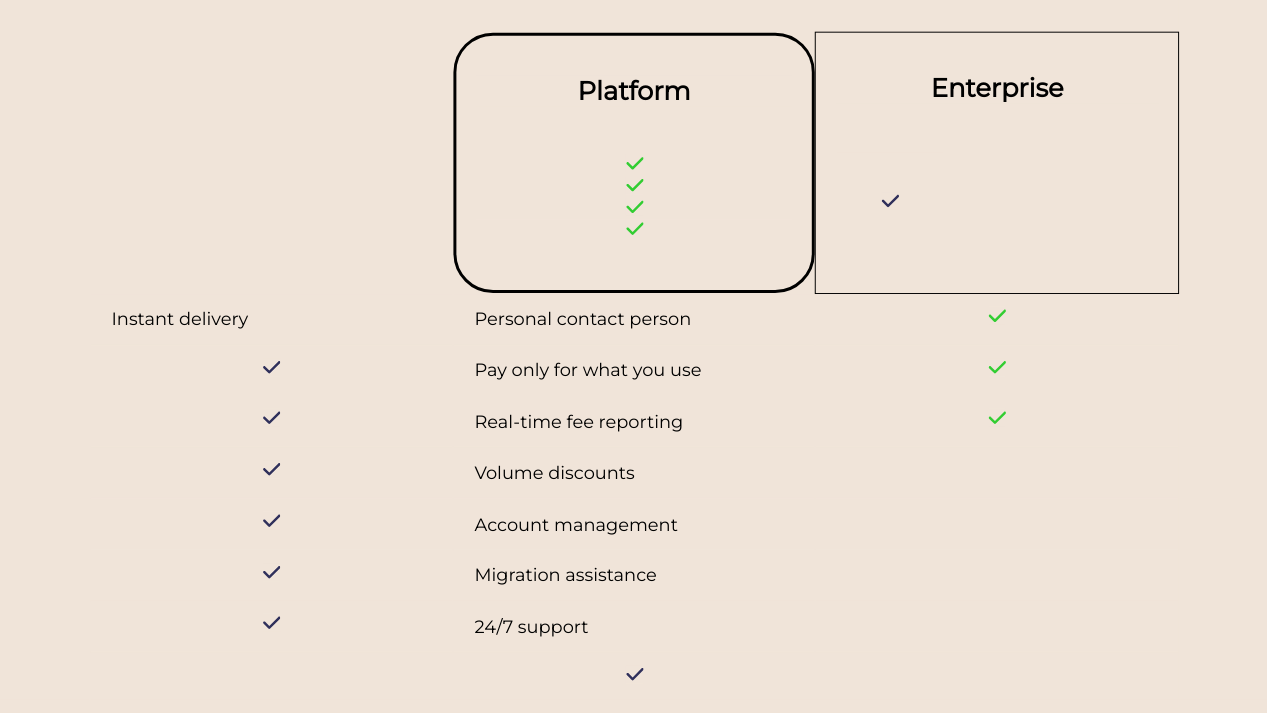
Repository: darlino/gotyu_shopify_section
Page: gotyu_table210223/index.html
The author's editor kept a copy of each file at every save. The page is drawn from the files as they stood at one save, then again after the next save.
The browser window is 1280 px wide. The pictures show the whole page, at 99% of full size.

Above is the page before, as saved 2023-02-21 12:28:53.

After the next save:
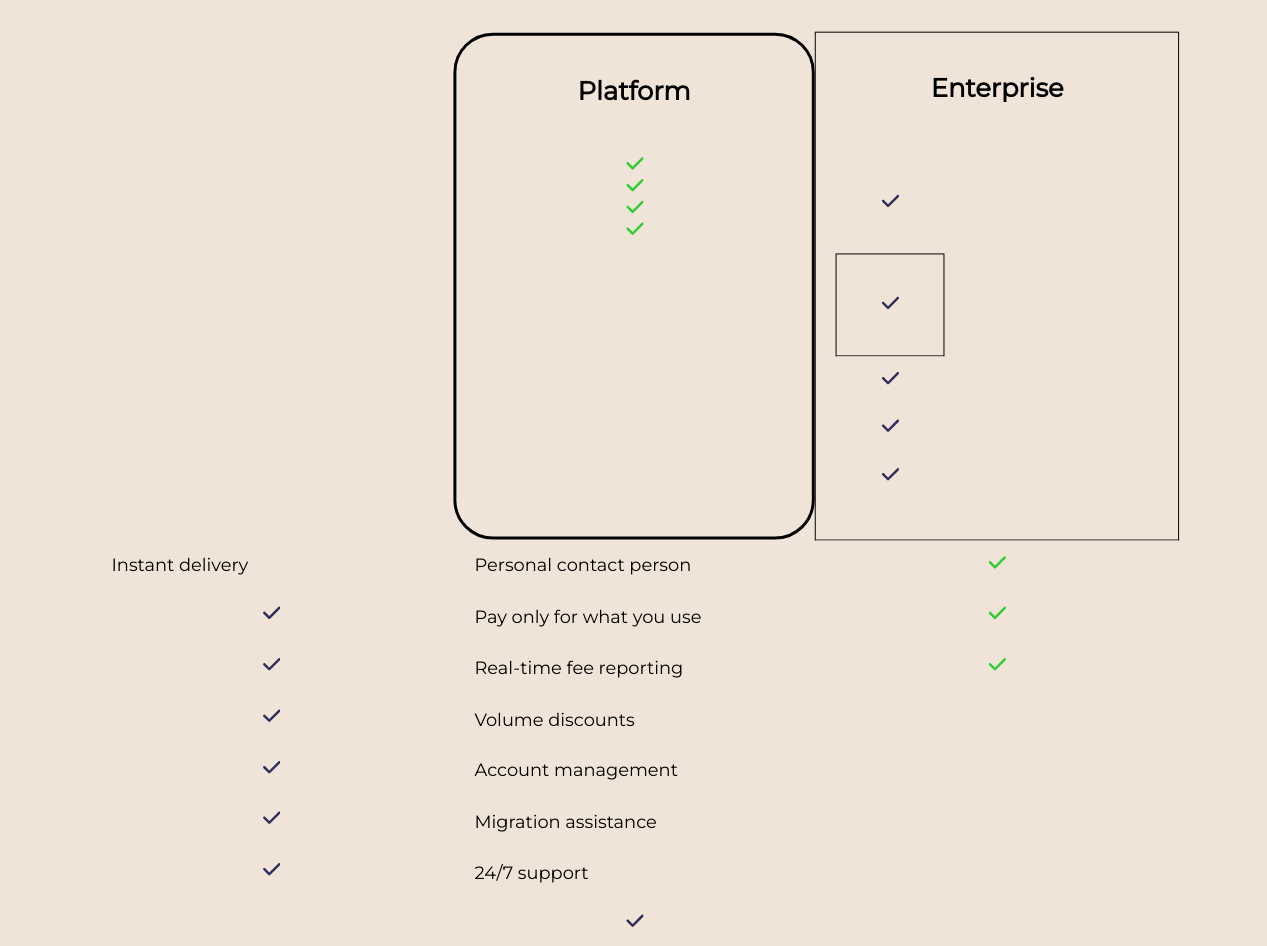
Saved 6 s later.
--- a/gotyu_table210223/index.html
+++ b/gotyu_table210223/index.html
@@ -98,6 +98,70 @@
               />
             </svg>
           </div>
+          <div class="table-cell">
+            <svg
+              class="enterprise-check"
+              width="18"
+              height="18"
+              viewBox="0 0 18 18"
+              xmlns="http://www.w3.org/2000/svg"
+            >
+              <title>check_blue</title>
+              <path
+                d="M6.116 14.884c.488.488 1.28.488 1.768 0l10-10c.488-.488.488-1.28 0-1.768s-1.28-.488-1.768 0l-9.08 9.15-4.152-4.15c-.488-.488-1.28-.488-1.768 0s-.488 1.28 0 1.768l5 5z"
+                fill="limegreen"
+                fill-rule="evenodd"
+              />
+            </svg>
+          </div>
+          <div class="table-cell">
+            <svg
+              class="enterprise-check"
+              width="18"
+              height="18"
+              viewBox="0 0 18 18"
+              xmlns="http://www.w3.org/2000/svg"
+            >
+              <title>check_blue</title>
+              <path
+                d="M6.116 14.884c.488.488 1.28.488 1.768 0l10-10c.488-.488.488-1.28 0-1.768s-1.28-.488-1.768 0l-9.08 9.15-4.152-4.15c-.488-.488-1.28-.488-1.768 0s-.488 1.28 0 1.768l5 5z"
+                fill="limegreen"
+                fill-rule="evenodd"
+              />
+            </svg>
+          </div>
+          <div class="table-cell">
+            <svg
+              class="enterprise-check"
+              width="18"
+              height="18"
+              viewBox="0 0 18 18"
+              xmlns="http://www.w3.org/2000/svg"
+            >
+              <title>check_blue</title>
+              <path
+                d="M6.116 14.884c.488.488 1.28.488 1.768 0l10-10c.488-.488.488-1.28 0-1.768s-1.28-.488-1.768 0l-9.08 9.15-4.152-4.15c-.488-.488-1.28-.488-1.768 0s-.488 1.28 0 1.768l5 5z"
+                fill="limegreen"
+                fill-rule="evenodd"
+              />
+            </svg>
+          </div>
+          <div class="table-cell">
+            <svg
+              class="enterprise-check"
+              width="18"
+              height="18"
+              viewBox="0 0 18 18"
+              xmlns="http://www.w3.org/2000/svg"
+            >
+              <title>check_blue</title>
+              <path
+                d="M6.116 14.884c.488.488 1.28.488 1.768 0l10-10c.488-.488.488-1.28 0-1.768s-1.28-.488-1.768 0l-9.08 9.15-4.152-4.15c-.488-.488-1.28-.488-1.768 0s-.488 1.28 0 1.768l5 5z"
+                fill="limegreen"
+                fill-rule="evenodd"
+              />
+            </svg>
+          </div>
         </div>
         <div class="table-cell cell-feature">Instant delivery</div>
 
